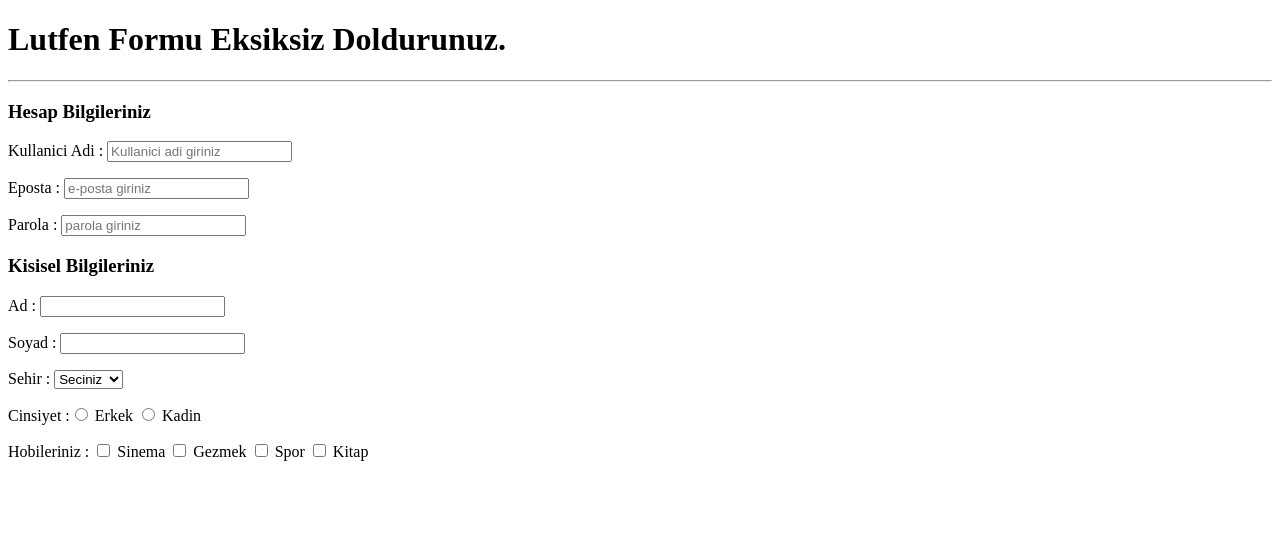
Repository: sammkrt/git101
Page: html-css-TrainingMyself/uygulama4.html
The author's editor kept a copy of each file at every save. The page is drawn from the files as they stood at one save, then again after the next save.
The browser window is 1280 px wide. The pictures show the whole page.

Above is the page before, as saved 2022-12-22 12:53:41.

### html-css-TrainingMyself/uygulama4.html
<!DOCTYPE html>
<html lang="en">
<head>
    <meta charset="UTF-8">
    <meta http-equiv="X-UA-Compatible" content="IE=edge">
    <meta name="viewport" content="width=device-width, initial-scale=1.0">
    <title>Document</title>
</head>
<body>
    <h1>Lutfen Formu Eksiksiz Doldurunuz.</h1>
    <hr>
    <h3>Hesap Bilgileriniz</h3>
    <form >
        <p>
            Kullanici Adi : <input type="text" placeholder="Kullanici adi giriniz" required>
        </p>
        <p>
            Eposta : <input type="email" placeholder="e-posta giriniz" required>
        </p>
        <p>
            Parola : <input type="password" placeholder="parola giriniz" required>
        </p>
        <h3>Kisisel Bilgileriniz</h3>
        <p>
            Ad : <input type="text">
        </p>
        <p>
            Soyad : <input type="text">
        </p>
        <p>
            Sehir : <select name="Sehir">
                <option>Seciniz</option>
                <option>Ankara</option>
                <option>Istanbul</option>
                <option>Izmir</option>
                <option>Adana</option>
            </select>
        </p>
        <p>
            Cinsiyet :<input type="radio" name="Cinsiyet">  Erkek
            <input type="radio" name="Cinsiyet"> Kadin
        </p>
        <p>
            Hobileriniz : <input type="checkbox"> Sinema
            <input type="checkbox"> Gezmek
            <input type="checkbox"> Spor
            <input type="checkbox"> Kitap
        </p>





    </form>
</body>
</html>

After the next save:
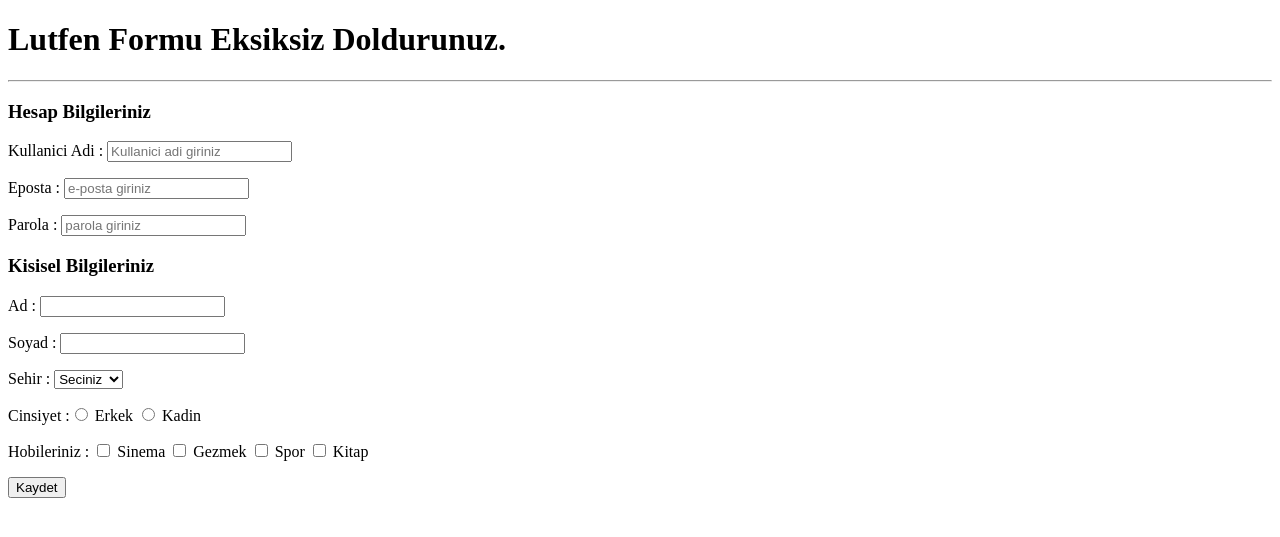
Saved 10 s later.
--- a/html-css-TrainingMyself/uygulama4.html
+++ b/html-css-TrainingMyself/uygulama4.html
@@ -46,7 +46,9 @@
             <input type="checkbox"> Spor
             <input type="checkbox"> Kitap
         </p>
-
+        <p>
+            <input type="submit" value="Kaydet">
+        </p>
 
 
 
